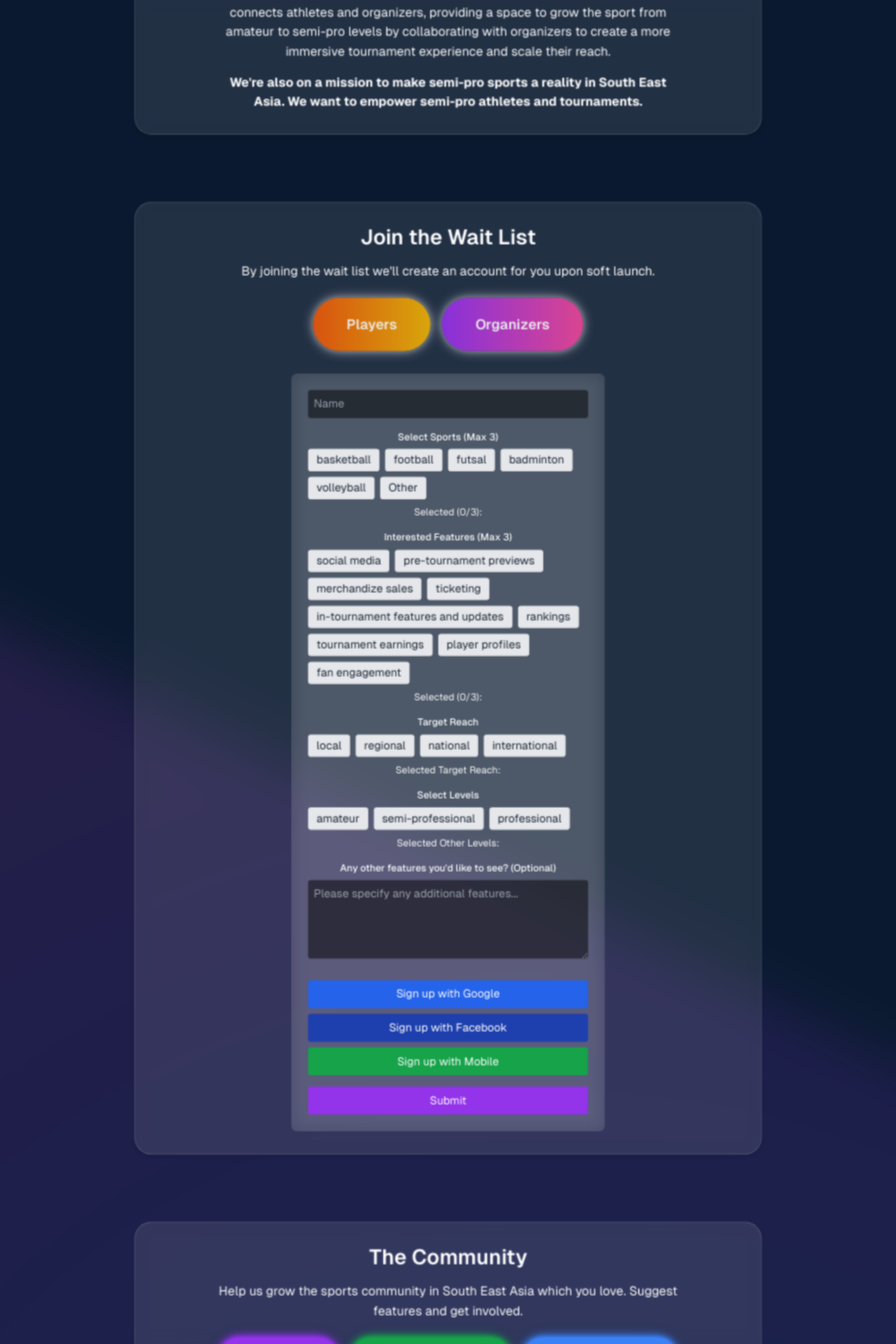
Repository: yao-creative/lemma-one-launch
Page: /, after clicking the first element matching `button.px-12`
The author's editor kept a copy of each file at every save. The page is drawn from the files as they stood at one save, then again after a run of saves.
The browser window is 1280 px wide. The pictures show the part of the page from y = 426 to 2346 px (the page is 4155 px tall), at 70% of full size.
The project was rebuilt for these pictures with package versions that can differ from the ones it lists, and the page was loaded fresh each time. The framework's server and built-in components were replaced by stand-ins that run in the browser. Also part of the build but not shown: next.config.js, next.config.mjs.

Above is the page before, as saved 2024-09-28 15:21:02.

After the next 2 saves:
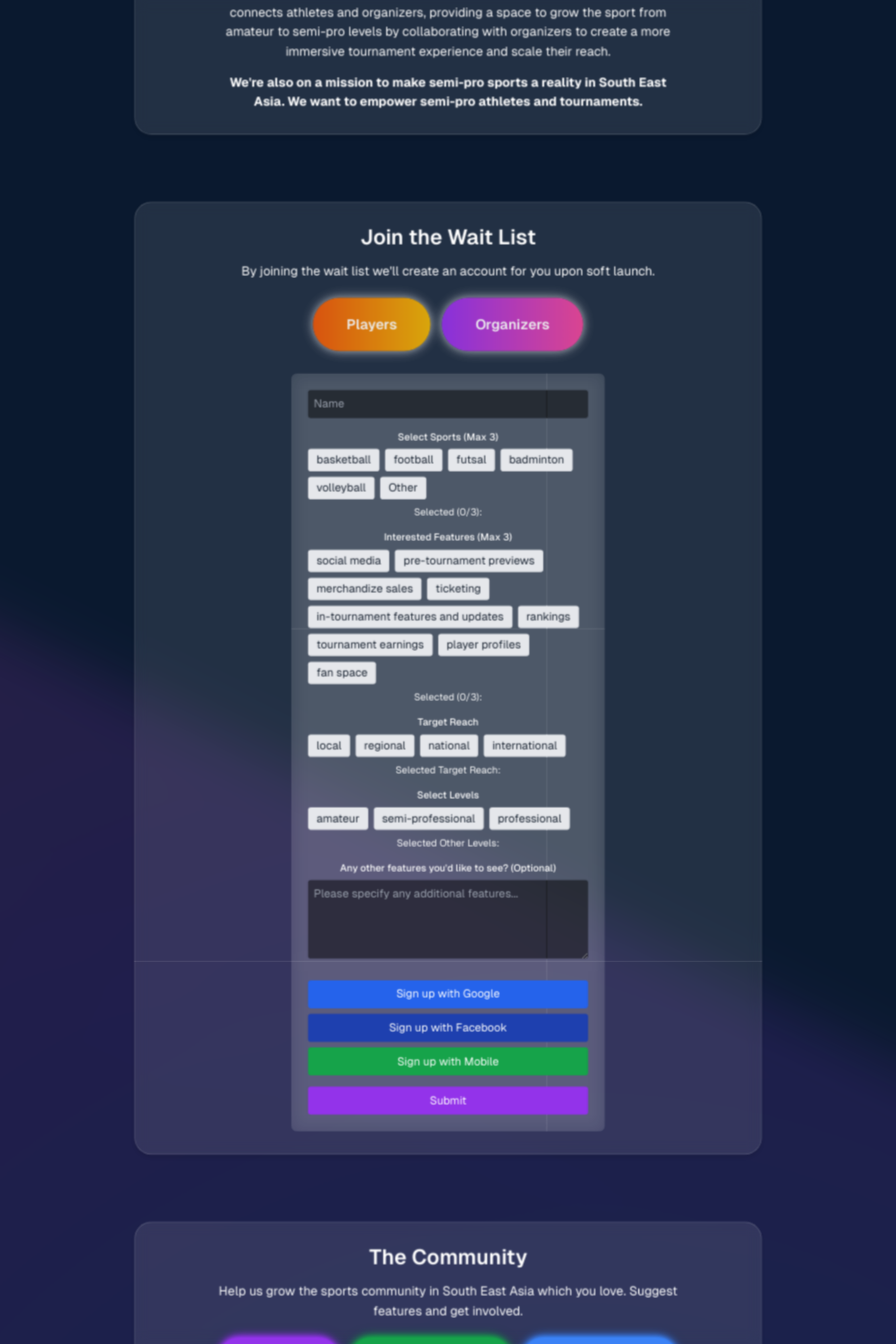
The 2 saves are shown as one change because they came seconds apart.
The last was saved 10 s later.
--- a/app/components/WaitListForm.tsx
+++ b/app/components/WaitListForm.tsx
@@ -166,7 +166,7 @@
           <div className="flex flex-wrap gap-2">
             {(showPlayerForm ? [
               'social media', 'pre-tournament previews', 'merchandize sales', 'ticketing',
-              'in-tournament features and updates', 'rankings', 'tournament earnings', 'player profiles', 'fan engagement'
+              'in-tournament features and updates', 'rankings', 'tournament earnings', 'player profiles', 'fan space'
             ] : [
               'tournament hosting', 'ticketing', 'tournament monetization', 'merchandize sales',
               'in-tournament features and updates', 'social media', 'pre-tournament previews', 'fan engagement'
